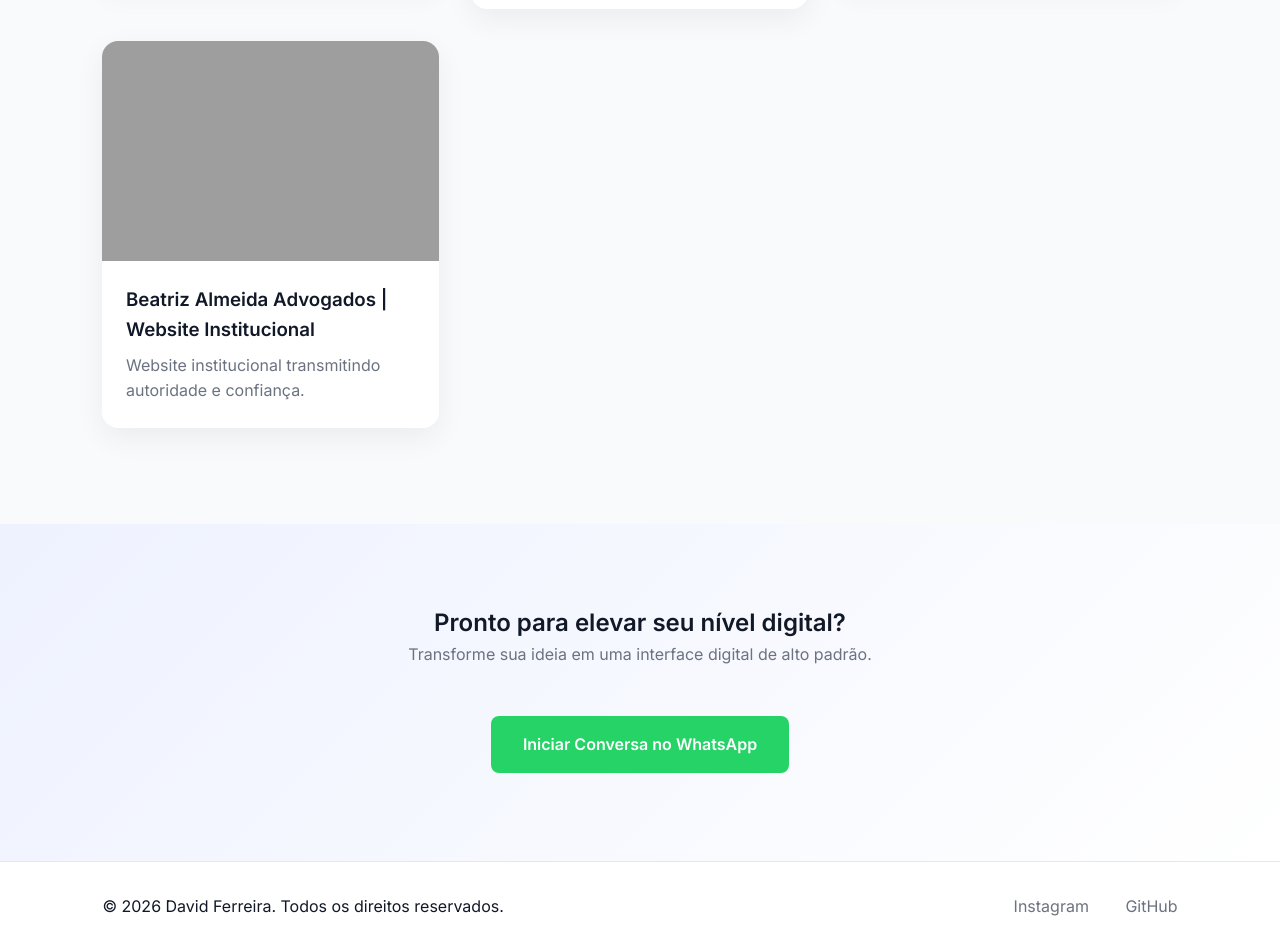
Repository: davidfsillva/David_Ferreira
Page: index.html
These files come from the project's save history. The page is drawn as it stood at one moment and after the next save; the edit follows.
The browser window is 1280 px wide. The pictures show the part of the page from y = 1825 to 2777 px (the page is 2777 px tall).
Pictures or frames that could not be fetched are drawn as grey boxes.

Above is the page before, as saved 2026-02-11 12:16:52.
Console error: TypeError: Cannot read properties of null (reading 'addEventListener')

### index.html
<!DOCTYPE html>
<html lang="pt-BR">
<head>
    <meta charset="UTF-8">
    <meta name="viewport" content="width=device-width, initial-scale=1.0">

    <title>David Ferreira | Desenvolvedor Front-end & UI Designer Premium</title>

    <!-- SEO Primário -->
    <meta name="description" content="David Ferreira é desenvolvedor front-end especializado em interfaces premium, landing pages de alta conversão e experiências digitais modernas.">
    <meta name="keywords" content="Desenvolvedor Front-end, Web Designer, UI Designer, Landing Page, Desenvolvimento Web, Freelancer Brasil">
    <meta name="author" content="David Ferreira">
    <meta name="robots" content="index, follow">
    <link rel="canonical" href="https://seudominio.com/">

    <!-- Open Graph (Facebook, LinkedIn) -->
    <meta property="og:title" content="David Ferreira | Desenvolvedor Front-end Premium">
    <meta property="og:description" content="Interfaces digitais de alto padrão, focadas em performance e conversão.">
    <meta property="og:image" content="https://seudominio.com/preview.jpg">
    <meta property="og:url" content="https://seudominio.com/">
    <meta property="og:type" content="website">

    <!-- Twitter Card -->
    <meta name="twitter:card" content="summary_large_image">
    <meta name="twitter:title" content="David Ferreira | Web Developer">
    <meta name="twitter:description" content="Desenvolvimento web premium focado em performance e design moderno.">
    <meta name="twitter:image" content="https://seudominio.com/preview.jpg">

    <!-- Favicon -->
    <link rel="icon" href="favicon.ico" type="image/x-icon">

    <!-- Fonts -->
    <link href="https://fonts.googleapis.com/css2?family=Inter:wght@300;400;600&family=Plus+Jakarta+Sans:wght@700;800&display=swap" rel="stylesheet">

    <link rel="stylesheet" href="style.css">
</head>


<body>

    <!-- NAVBAR -->
    <nav class="navbar">
        <div class="logo">David | Web Developer<span>.</span></div>
        <ul class="nav-links">
            <li><a href="#about">Sobre</a></li>
            <li><a href="#portfolio">Projetos</a></li>
            <li><a href="#contact" class="btn-sm">Contato</a></li>
        </ul>
    </nav>

    <!-- HERO -->
    <section class="hero">
        <div class="hero-content">
            <h1>Transformando código em <span>experiências digitais de elite</span></h1>
            <p>Desenvolvedor Front-end especializado em interfaces de alto padrão e landing pages focadas em resultados.</p>
            <div class="hero-btns">
                <a href="#portfolio" class="btn-primary">Ver Projetos</a>
                <a href="#contact" class="btn-secondary">Vamos Conversar</a>
            </div>
        </div>
        <div class="hero-visual">
            <div class="hero-glow"></div>
        </div>
    </section>

    <!-- SOBRE -->
    <section id="about" class="section">
        <h2>Sobre Mim</h2>
        <p>Sou David Ferreira, desenvolvedor Front-end focado em criar websites modernos, funcionais e com interfaces premium. Trabalho com HTML, CSS, JavaScript e React, priorizando performance, design e experiência do usuário.</p>
        <p>Meu objetivo é ajudar empresas e profissionais a se destacarem no digital através de websites que transmitam confiança e gerem resultados reais.</p>
    </section>

    <!-- PORTFÓLIO -->
    <section id="portfolio" class="portfolio">
        <div class="section-header">
            <h2>Projetos Selecionados</h2>
            <p>Uma vitrine de soluções focadas em performance e design.</p>
        </div>
        <div class="portfolio-grid">
            <!-- Projeto 1 -->
            <a href="https://davidfsillva.github.io/Alex-Carter/" target="_blank" class="project-link">
                <div class="project-card">
                    <div class="card-image">
                        <img src="img/alex.png" alt="Projeto Alex Carter">
                        <div class="card-overlay"><span>Ver Detalhes</span></div>
                    </div>
                    <div class="card-info">
                        <h3>Alex Carter | Landing Page</h3>
                        <p>Website de personal branding para atleta profissional.</p>
                    </div>
                </div>
            </a>

            <!-- Projeto 2 -->
            <a href="https://davidfsillva.github.io/e-hammershark/" target="_blank" class="project-link">
                <div class="project-card">
                    <div class="card-image">
                        <img src="img/ecomerce.png" alt="Projeto Hammershark">
                        <div class="card-overlay"><span>Ver Detalhes</span></div>
                    </div>
                    <div class="card-info">
                        <h3>Hammershark | E-commerce</h3>
                        <p>E-commerce de moda fitness, focado em branding e experiência de compra.</p>
                    </div>
                </div>
            </a>

            <!-- Projeto 3 -->
            <a href="https://davidfsillva.github.io/landing-page/" target="_blank" class="project-link">
                <div class="project-card">
                    <div class="card-image">
                        <img src="img/landingpage.png" alt="Projeto Landing Page">
                        <div class="card-overlay"><span>Ver Detalhes</span></div>
                    </div>
                    <div class="card-info">
                        <h3>Lucas Andrade | Landing Page</h3>
                        <p>Landing page estratégica para geração de leads e conversão.</p>
                    </div>
                </div>
            </a>

            <!-- Projeto 4 -->
            <a href="https://davidfsillva.github.io/beatriz-almeida-adv/" target="_blank" class="project-link">
                <div class="project-card">
                    <div class="card-image">
                        <img src="img/adv.png" alt="Projeto Beatriz Almeida Advogados">
                        <div class="card-overlay"><span>Ver Detalhes</span></div>
                    </div>
                    <div class="card-info">
                        <h3>Beatriz Almeida Advogados | Website Institucional</h3>
                        <p>Website institucional transmitindo autoridade e confiança.</p>
                    </div>
                </div>
            </a>
        </div>
    </section>

    <!-- CTA / CONTATO -->
    <section id="contact" class="cta-section">
        <h2>Pronto para elevar seu nível digital?</h2>
        <p>Transforme sua ideia em uma interface digital de alto padrão.</p>
        <a href="https://wa.me/5511990242453" target="_blank" class="btn-whatsapp">Iniciar Conversa no WhatsApp</a>
    </section>

    <!-- FOOTER -->
    <footer>
        <div class="footer-content">
            <p>&copy; 2026 David Ferreira. Todos os direitos reservados.</p>
            <div class="social-links">
                <a href="#" target="_blank">Instagram</a>

                <a href="https://www.linkedin.com/in/david-ferreira-b324a71a3" target="_blank" rel="noopener noreferrer"><i class="fab fa-linkedin-in"></i></a>

                <a href="#" target="_blank">GitHub</a>
            </div>
        </div>
    </footer>

    <script src="scripts.js"></script>
</body>
</html>
</html>

### style.css
:root {
  --primary: #6366f1;
  --primary-light: #818cf8;
  --accent: #a855f7;
  --text-dark: #111827;
  --text-light: #6b7280;
  --bg-light: #f9fafb;
  --white: #ffffff;
  --transition: all 0.3s ease;
}

/* RESET */
* {
  margin: 0;
  padding: 0;
  box-sizing: border-box;
}

html {
  scroll-behavior: smooth;
}

body {
  font-family: 'Inter', sans-serif;
  background: var(--bg-light);
  color: var(--text-dark);
  line-height: 1.6;
  animation: fadePage 0.8s ease-in-out;
}

@keyframes fadePage {
  from { opacity: 0; transform: translateY(10px); }
  to { opacity: 1; transform: translateY(0); }
}

/* NAVBAR */
.navbar {
  position: fixed;
  width: 100%;
  top: 0;
  padding: 1.5rem 8%;
  display: flex;
  justify-content: space-between;
  align-items: center;
  background: rgba(255,255,255,0.85);
  backdrop-filter: blur(12px);
  box-shadow: 0 4px 20px rgba(0,0,0,0.05);
  z-index: 1000;
  transition: var(--transition);
}

.logo {
  font-family: 'Plus Jakarta Sans', sans-serif;
  font-weight: 800;
  font-size: 1.5rem;
}

.logo span {
  color: var(--primary);
}

.nav-links {
  display: flex;
  list-style: none;
  gap: 2rem;
}

.nav-links a {
  text-decoration: none;
  color: var(--text-light);
  font-weight: 500;
  transition: var(--transition);
}

.nav-links a:hover {
  color: var(--primary);
  transform: translateY(-2px);
}

/* HERO */
.hero {
  min-height: 100vh;
  padding: 120px 8% 60px;
  display: flex;
  align-items: center;
  justify-content: space-between;
  background: linear-gradient(135deg, #eef2ff, #ffffff);
  flex-wrap: wrap;
}

.hero-content {
  max-width: 600px;
  animation: heroFade 1s ease 0.2s both;
}

@keyframes heroFade {
  from { opacity: 0; transform: translateY(40px); }
  to { opacity: 1; transform: translateY(0); }
}

.badge {
  display: inline-block;
  padding: 0.5rem 1rem;
  background: rgba(99,102,241,0.1);
  color: var(--primary);
  border-radius: 20px;
  font-size: 0.8rem;
  font-weight: 600;
  margin-bottom: 1.5rem;
}

.hero h1 {
  font-family: 'Plus Jakarta Sans', sans-serif;
  font-size: clamp(2rem, 5vw, 3.5rem);
  line-height: 1.2;
  margin-bottom: 1.5rem;
}

.hero h1 span {
  background: linear-gradient(90deg, var(--primary), var(--accent));
  -webkit-background-clip: text;
  -webkit-text-fill-color: transparent;
}

.hero p {
  font-size: 1.1rem;
  color: var(--text-light);
  margin-bottom: 2rem;
}

/* BUTTONS */
.btn-primary,
.btn-secondary,
.btn-whatsapp {
  display: inline-block;
  padding: 0.9rem 2rem;
  border-radius: 8px;
  text-decoration: none;
  font-weight: 600;
  transition: all 0.3s ease;
  position: relative;
  overflow: hidden;
}

.btn-primary {
  background: linear-gradient(90deg, var(--primary), var(--accent));
  color: white;
  box-shadow: 0 10px 25px rgba(99,102,241,0.3);
}

.btn-primary:hover {
  transform: translateY(-4px) scale(1.03);
}

.btn-primary:active {
  transform: scale(0.96);
}

.btn-primary::after {
  content: "";
  position: absolute;
  width: 200%;
  height: 200%;
  background: radial-gradient(circle, rgba(255,255,255,0.4), transparent 60%);
  top: -50%;
  left: -50%;
  opacity: 0;
  transition: opacity 0.4s ease;
}

.btn-primary:hover::after {
  opacity: 1;
}

.btn-secondary {
  border: 1px solid #e5e7eb;
  color: var(--text-dark);
  margin-left: 1rem;
}

.btn-secondary:hover {
  background: #f3f4f6;
  transform: translateY(-4px);
}

.btn-secondary:active {
  transform: scale(0.96);
}

.btn-whatsapp {
  background: #25d366;
  color: white;
}

.btn-whatsapp:hover {
  transform: translateY(-4px) scale(1.03);
}

.btn-whatsapp:active {
  transform: scale(0.96);
}

.hero-btns {
  display: flex;
  flex-wrap: wrap;
}

#about {
  text-align: center;
  max-width: 1200px; /* ocupa mais largura sem ficar exagerado */
  margin: 0 auto;
  padding: 6rem 8%;
  background: linear-gradient(135deg, #eef2ff 0%, #ffffff 100%); /* combina com hero */
  border-radius: 20px; /* bordas suaves */
  box-shadow: 0 15px 40px rgba(99,102,241,0.15); /* sombra leve e elegante */
  position: relative;
  overflow: hidden;
}

#about::before {
  content: "";
  position: absolute;
  width: 200px;
  height: 200px;
  background: radial-gradient(circle, rgba(163,155,253,0.2), transparent 70%);
  top: -50px;
  right: -50px;
  border-radius: 50%;
  z-index: 0;
  animation: pulseGlow 6s infinite ease-in-out;
}

#about h2 {
  font-family: 'Plus Jakarta Sans', sans-serif;
  font-size: clamp(2rem, 4vw, 2.5rem);
  margin-bottom: 2rem;
  position: relative;
  z-index: 1;
  background: linear-gradient(90deg, var(--primary), var(--accent));
  -webkit-background-clip: text;
  -webkit-text-fill-color: transparent;
}

#about p {
  font-size: 1.05rem;
  line-height: 1.9;
  color: var(--text-dark);
  margin-bottom: 1.8rem;
  position: relative;
  z-index: 1;
  opacity: 0;
  transform: translateY(20px);
  animation: fadeUp 1s forwards;
  animation-delay: 0.3s;
}

/* Animação suave */
@keyframes fadeUp {
  to {
    opacity: 1;
    transform: translateY(0);
  }
}



/* HERO VISUAL */
.hero-visual {
  flex: 1;
  min-height: 400px;
  display: flex;
  justify-content: center;
  align-items: center;
}

.hero-glow {
  width: 350px;
  height: 350px;
  background: radial-gradient(circle, rgba(99,102,241,0.4), transparent 70%);
  border-radius: 50%;
  filter: blur(60px);
  animation: pulseGlow 4s infinite ease-in-out;
}

@keyframes pulseGlow {
  0% { transform: scale(1); opacity: 0.7; }
  50% { transform: scale(1.1); opacity: 1; }
  100% { transform: scale(1); opacity: 0.7; }
}

/* PORTFOLIO */
.portfolio {
  padding: 6rem 8%;
}

.section-header {
  text-align: center;
  margin-bottom: 4rem;
}

.section-header h2 {
  font-family: 'Plus Jakarta Sans', sans-serif;
  font-size: 2.2rem;
  margin-bottom: 1rem;
  color: var(--primary)
}

.section-header p {
  color: var(--text-light);
}

.portfolio-grid {
  display: grid;
  grid-template-columns: repeat(auto-fit, minmax(280px, 1fr));
  gap: 2rem;
}

.project-card {
  background: var(--white);
  border-radius: 16px;
  overflow: hidden;
  box-shadow: 0 10px 30px rgba(0,0,0,0.06);
  cursor: pointer;
  transition: transform 0.4s ease, box-shadow 0.4s ease;
  will-change: transform;
}

.project-card:hover {
  transform: translateY(-12px) scale(1.03);
  box-shadow: 0 25px 50px rgba(99,102,241,0.2);
}

.card-image {
  position: relative;
  overflow: hidden;
}

.card-image img {
  width: 100%;
  height: 220px;
  object-fit: cover;
  display: block;
  transition: transform 0.6s ease;
}

.project-card:hover .card-image img {
  transform: scale(1.08);
}

.card-overlay {
  position: absolute;
  inset: 0;
  background: rgba(99,102,241,0.8);
  display: flex;
  justify-content: center;
  align-items: center;
  color: white;
  font-weight: 600;
  opacity: 0;
  transition: opacity 0.4s ease;
}

.project-card:hover .card-overlay {
  opacity: 1;
}

.card-info {
  padding: 1.5rem;
}

.card-info h3 {
  margin-bottom: 0.5rem;
}

.card-info p {
  color: var(--text-light);
}

.project-link {
  text-decoration: none;
  color: inherit;
  display: block;
}


/* CTA */
.cta-section {
  padding: 5rem 8%;
  text-align: center;
  background: linear-gradient(135deg, #eef2ff, #ffffff);
}

/* FOOTER */
footer {
  padding: 2rem 8%;
  background: var(--white);
  border-top: 1px solid #e5e7eb;
}

.footer-content {
  display: flex;
  justify-content: space-between;
  flex-wrap: wrap;
  gap: 1rem;
}

.social-links a {
  text-decoration: none;
  margin-left: 1rem;
  color: var(--text-light);
  transition: var(--transition);
}

.social-links a:hover {
  color: var(--primary);
  transform: translateY(-2px);
}

.cta-section p {
  color: var(--text-light);
  margin-bottom: 2.5rem; /* aumenta espaço abaixo do texto */
}

.btn-whatsapp {
  display: inline-block;
  background: #25d366;
  color: white;
  padding: 1rem 2rem;
  border-radius: 8px;
  text-decoration: none;
  font-weight: 600;
  transition: var(--transition);
  margin-top: 0.5rem; /* pequeno respiro extra */
}


/* MODAL */
.modal-overlay {
  position: fixed;
  inset: 0;
  background: rgba(0,0,0,0.6);
  display: none;
  justify-content: center;
  align-items: center;
  padding: 2rem;
  z-index: 2000;
}

.modal-content {
  background: white;
  width: 100%;
  max-width: 900px;
  border-radius: 20px;
  overflow: hidden;
  animation: modalZoom 0.4s cubic-bezier(.23,1,.32,1);
  position: relative;
}

@keyframes modalZoom {
  from { opacity: 0; transform: scale(0.85) translateY(20px); }
  to { opacity: 1; transform: scale(1) translateY(0); }
}

.modal-body {
  display: grid;
  grid-template-columns: 1fr 1fr;
}

.modal-img {
  min-height: 300px;
  background-size: cover !important;
}

.modal-text {
  padding: 2rem;
}

.close-modal {
  position: absolute;
  top: 20px;
  right: 25px;
  background: none;
  border: none;
  font-size: 2rem;
  cursor: pointer;
  transition: transform 0.3s ease;
}

.close-modal:hover {
  transform: rotate(90deg);
}

/* RESPONSIVO */
@media (max-width: 900px) {
  .hero {
    flex-direction: column;
    text-align: center;
  }

  .hero-visual {
    margin-top: 3rem;
  }

  .modal-body {
    grid-template-columns: 1fr;
  }
}

@media (max-width: 600px) {
  .navbar {
    padding: 1rem 5%;
  }

  .nav-links {
    display: none;
  }

  .hero {
    padding: 100px 5% 60px;
  }

  .portfolio {
    padding: 4rem 5%;
  }

  .cta-section {
    padding: 4rem 5%;
  }

  footer {
    padding: 2rem 5%;
  }

  .footer-content {
    flex-direction: column;
    text-align: center;
  }

  .social-links a {
    margin: 0 0.5rem;
  }
}

### scripts.js
// =============================
// NAVBAR SCROLL EFFECT
// =============================
const navbar = document.querySelector(".navbar");

window.addEventListener("scroll", () => {
  if (window.scrollY > 50) {
    navbar.style.padding = "1rem 8%";
    navbar.style.boxShadow = "0 8px 25px rgba(0,0,0,0.08)";
  } else {
    navbar.style.padding = "1.5rem 8%";
    navbar.style.boxShadow = "0 4px 20px rgba(0,0,0,0.05)";
  }
});

// =============================
// MODAL FUNCTIONALITY
// =============================
const modal = document.querySelector(".modal-overlay");
const modalImg = document.querySelector(".modal-img");
const modalTitle = document.querySelector(".modal-text h3");
const modalDesc = document.querySelector(".modal-text p");
const closeModal = document.querySelector(".close-modal");

const projectCards = document.querySelectorAll(".project-card");

projectCards.forEach(card => {
  card.addEventListener("click", () => {
    const title = card.querySelector("h3").innerText;
    const desc = card.querySelector("p").innerText;
    const img = card.querySelector("img").src;

    modalTitle.innerText = title;
    modalDesc.innerText = desc;
    modalImg.style.backgroundImage = `url(${img})`;

    modal.style.display = "flex";
    document.body.style.overflow = "hidden";
  });
});

// Fechar modal
closeModal.addEventListener("click", () => {
  modal.style.display = "none";
  document.body.style.overflow = "auto";
});

// Fechar clicando fora
modal.addEventListener("click", (e) => {
  if (e.target === modal) {
    modal.style.display = "none";
    document.body.style.overflow = "auto";
  }
});

// Fechar com ESC
document.addEventListener("keydown", (e) => {
  if (e.key === "Escape") {
    modal.style.display = "none";
    document.body.style.overflow = "auto";
  }
});

// =============================
// SCROLL REVEAL ANIMATION
// =============================
const revealElements = document.querySelectorAll(
  ".hero-content, .project-card, .section-header, .cta-section"
);

const observer = new IntersectionObserver(
  (entries) => {
    entries.forEach(entry => {
      if (entry.isIntersecting) {
        entry.target.style.opacity = "1";
        entry.target.style.transform = "translateY(0)";
      }
    });
  },
  { threshold: 0.2 }
);

revealElements.forEach(el => {
  el.style.opacity = "0";
  el.style.transform = "translateY(40px)";
  el.style.transition = "all 0.8s ease";
  observer.observe(el);
});

// =============================
// BUTTON MICRO INTERACTION
// =============================
const buttons = document.querySelectorAll(".btn-primary, .btn-secondary, .btn-whatsapp");

buttons.forEach(btn => {
  btn.addEventListener("mouseenter", () => {
    btn.style.transform = "scale(1.05)";
  });

  btn.addEventListener("mouseleave", () => {
    btn.style.transform = "scale(1)";
  });
});

After the next save:
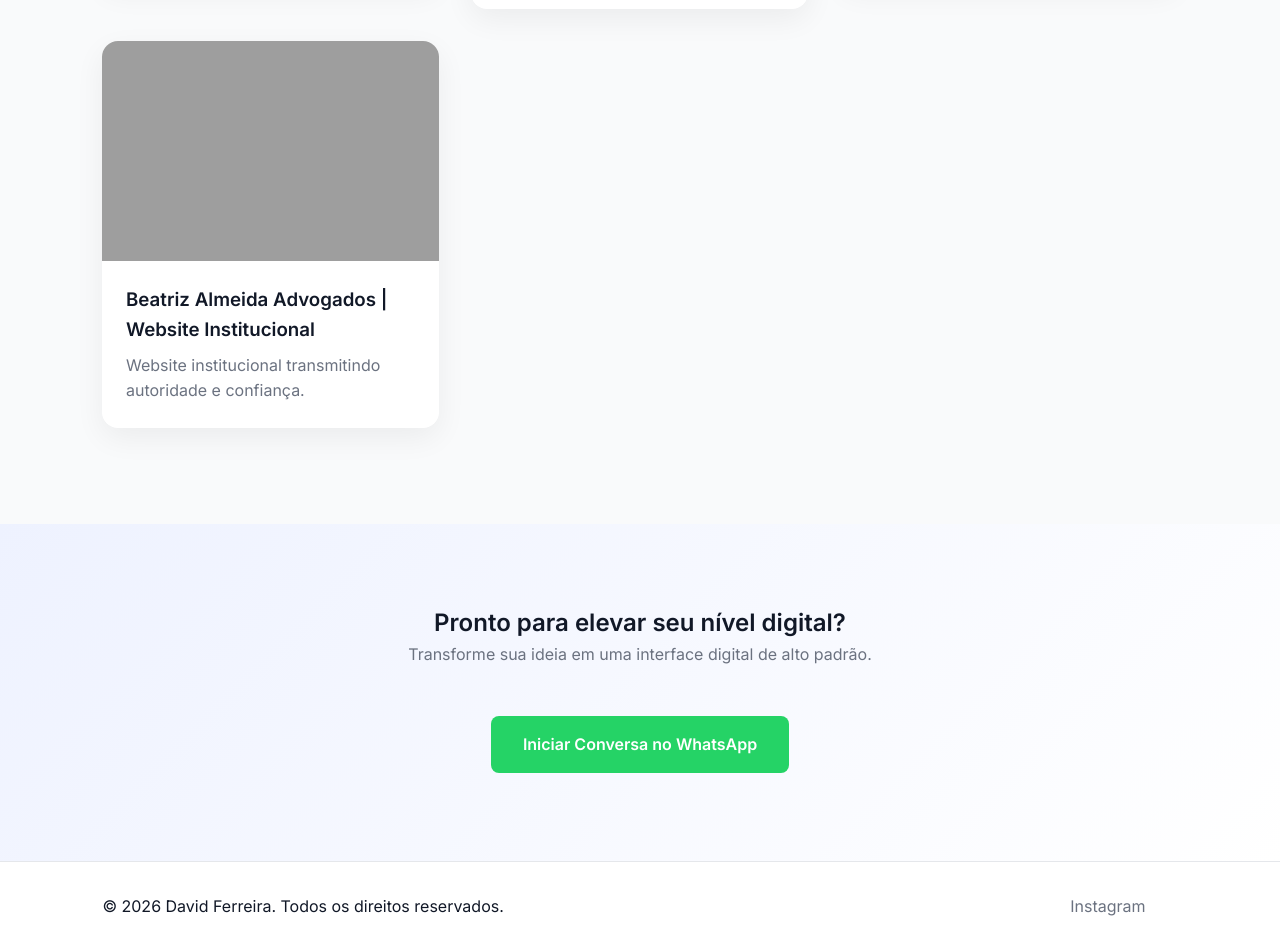
Saved 20 s later.
--- a/index.html
+++ b/index.html
@@ -151,7 +151,7 @@
 
                 <a href="https://www.linkedin.com/in/david-ferreira-b324a71a3" target="_blank" rel="noopener noreferrer"><i class="fab fa-linkedin-in"></i></a>
 
-                <a href="#" target="_blank">GitHub</a>
+                <a href="mailto:davidfsillva@icloud.com" target="_blank" rel="noopener noreferrer"><i class="fa-solid fa-envelope"></i></a>
             </div>
         </div>
     </footer>
